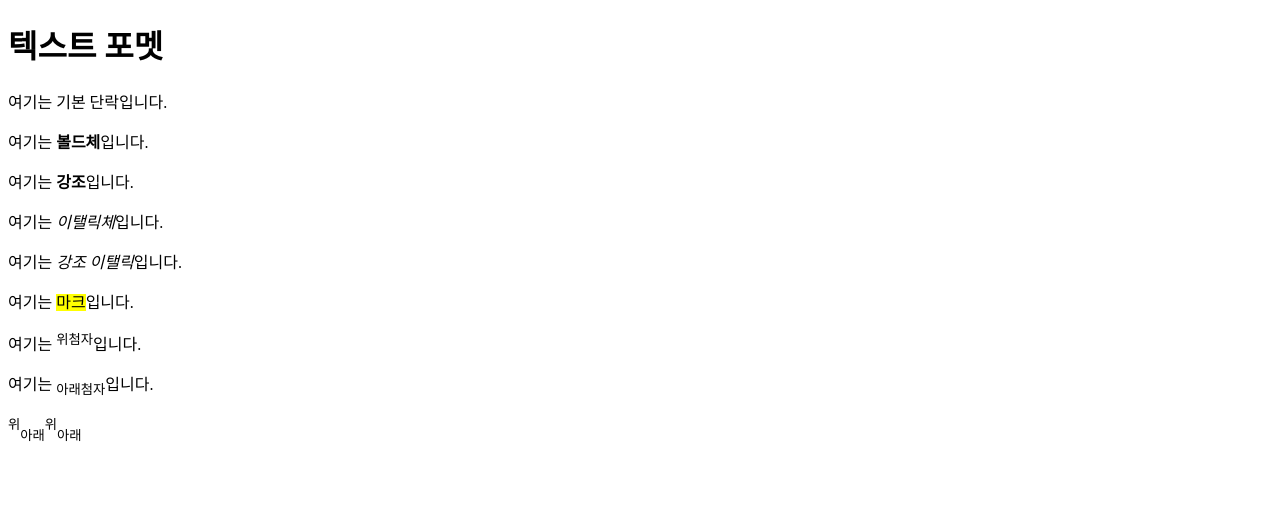
Repository: XenosJM/WEB_CODES
Page: Web01_HTML/src/main/webapp/04_format.html
These files come from the project's save history. The page is drawn as it stood at one moment and after the next save; the edit follows.
The browser window is 1280 px wide. The pictures show the whole page.

Above is the page before, as saved 2024-03-19 03:32:43.

After the next save:
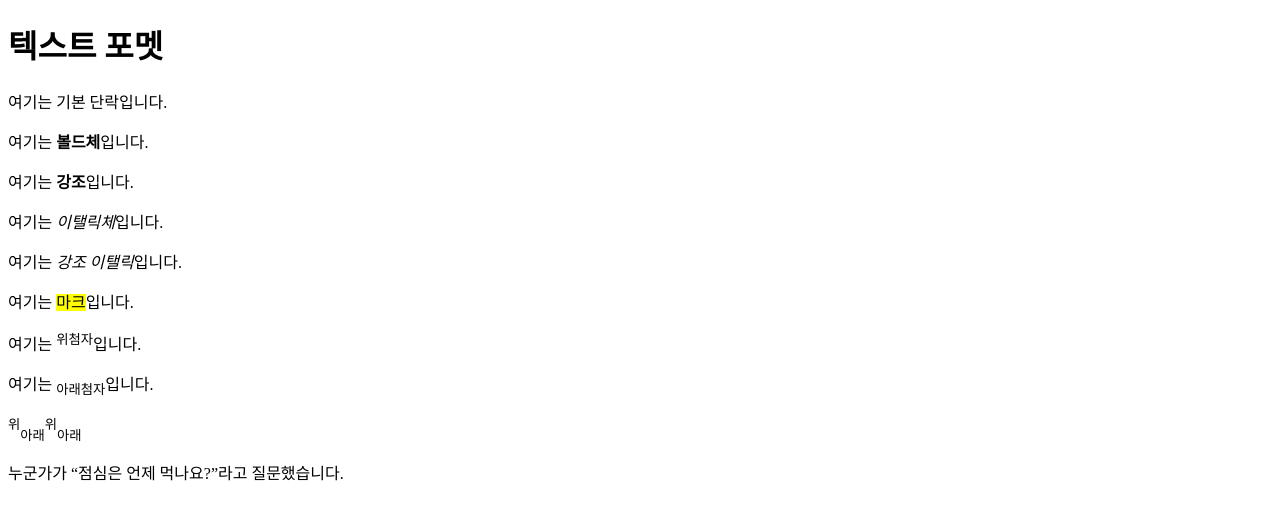
Saved 48 s later.
--- a/Web01_HTML/src/main/webapp/04_format.html
+++ b/Web01_HTML/src/main/webapp/04_format.html
@@ -15,6 +15,7 @@
 	<p>여기는 <sup>위첨자</sup>입니다.</p>
 	<p>여기는 <sub>아래첨자</sub>입니다.</p>
 	<p><sup>위</sup><sub>아래</sub><sup>위</sup><sub>아래</sub></p>
+	<p>누군가가 <q>점심은 언제 먹나요?</q>라고 질문했습니다.</p>
 
 </body>
 </html>
